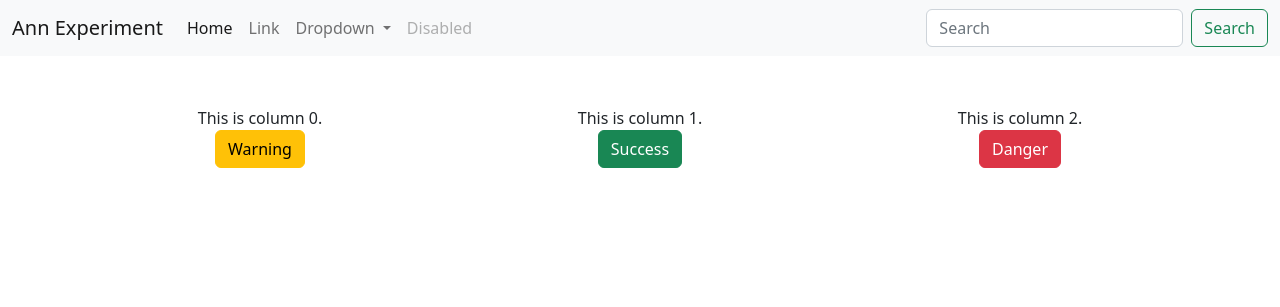
Repository: annferracane/phase-0-personal-website
Page: index.html
These files come from the project's save history. The page is drawn as it stood at one moment and after the next save; the edit follows.
The browser window is 1280 px wide. The pictures show the whole page.

Above is the page before, as saved 2022-11-13 16:50:50.

### index.html

<!DOCTYPE html>
<html lang="en">
    <head>
        <meta charset="utf-8">
        <meta name="viewport" content="width=device-width, initial-scale=1">
        <link href="https://cdn.jsdelivr.net/npm/bootstrap@5.2.2/dist/css/bootstrap.min.css" rel="stylesheet" integrity="sha384-Zenh87qX5JnK2Jl0vWa8Ck2rdkQ2Bzep5IDxbcnCeuOxjzrPF/et3URy9Bv1WTRi" crossorigin="anonymous">
        <link rel="stylesheet" href="./style.css" />
        <title>Ann Experiment</title>
    </head>
    <body>
        <nav class="navbar navbar-expand-lg bg-light">
            <div class="container-fluid">
              <a class="navbar-brand mb-0 h1" href="#">Ann Experiment</a>
              <button class="navbar-toggler" type="button" data-bs-toggle="collapse" data-bs-target="#navbarSupportedContent" aria-controls="navbarSupportedContent" aria-expanded="false" aria-label="Toggle navigation">
                <span class="navbar-toggler-icon"></span>
              </button>
              <div class="collapse navbar-collapse" id="navbarSupportedContent">
                <ul class="navbar-nav me-auto mb-2 mb-lg-0">
                  <li class="nav-item">
                    <a class="nav-link active" aria-current="page" href="#">Home</a>
                  </li>
                  <li class="nav-item">
                    <a class="nav-link" href="#">Link</a>
                  </li>
                  <li class="nav-item dropdown">
                    <a class="nav-link dropdown-toggle" href="#" role="button" data-bs-toggle="dropdown" aria-expanded="false">
                      Dropdown
                    </a>
                    <ul class="dropdown-menu">
                      <li><a class="dropdown-item" href="#">Action</a></li>
                      <li><a class="dropdown-item" href="#">Another action</a></li>
                      <li><hr class="dropdown-divider"></li>
                      <li><a class="dropdown-item" href="#">Something else here</a></li>
                    </ul>
                  </li>
                  <li class="nav-item">
                    <a class="nav-link disabled">Disabled</a>
                  </li>
                </ul>
                <form class="d-flex" role="search">
                  <input class="form-control me-2" type="search" placeholder="Search" aria-label="Search">
                  <button class="btn btn-outline-success" type="submit">Search</button>
                </form>
              </div>
            </div>
          </nav>
          <script src="script.js"></script>
        <!--<h1>Hello World!</h1>-->

    </body>
</html>

### style.css
div.col {
    padding-top: 50px;
  }

### script.js
const divContainer = document.createElement("div");
divContainer.id = "main-div-container";
divContainer.className = "container text-center";
document.querySelector("body").appendChild(divContainer);

const divRow = document.createElement("div");
divRow.id = "main-div-row";
divRow.className = "row";
document.querySelector("#main-div-container").appendChild(divRow);

for (i = 0; i < 3; i++){
    // create column div, add class and id
    const div = document.createElement("div");
    div.className = "col";
    div.id = `main-div-col-${i}`;

    // create div for text
    const divText = document.createElement("div");
    divText.textContent = `This is column ${i}.`
    divText.className = "colText";
    divText.id = `main-div-col-text-${i}`;

    // create button, add button className depending on i value
    const button = document.createElement("button");

    let buttonClassName = "btn btn-success";

    if (i === 1) {
        buttonClassName = "btn btn-success";
        button.textContent = "Success";
    } else if (i === 2) {
        buttonClassName = "btn btn-danger";
        button.textContent = "Danger";
    } else {
        buttonClassName = "btn btn-warning";
        button.textContent = "Warning";
    }

    button.className = buttonClassName;


    // add div column to row
    document.querySelector("#main-div-row").appendChild(div);

    // append div text to div column
    document.querySelector(`#main-div-col-${i}`).appendChild(divText);

    // append button to div column
    document.querySelector(`#main-div-col-${i}`).appendChild(button);
}

After the next save:
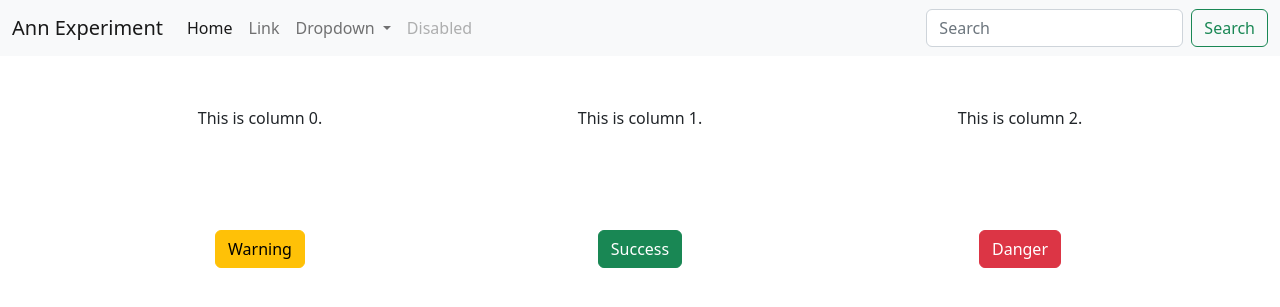
Saved 27 s later.
--- a/style.css
+++ b/style.css
@@ -1,3 +1,7 @@
 div.col {
     padding-top: 50px;
-  }
+}
+
+div.colText {
+    padding-bottom: 100px;
+}
